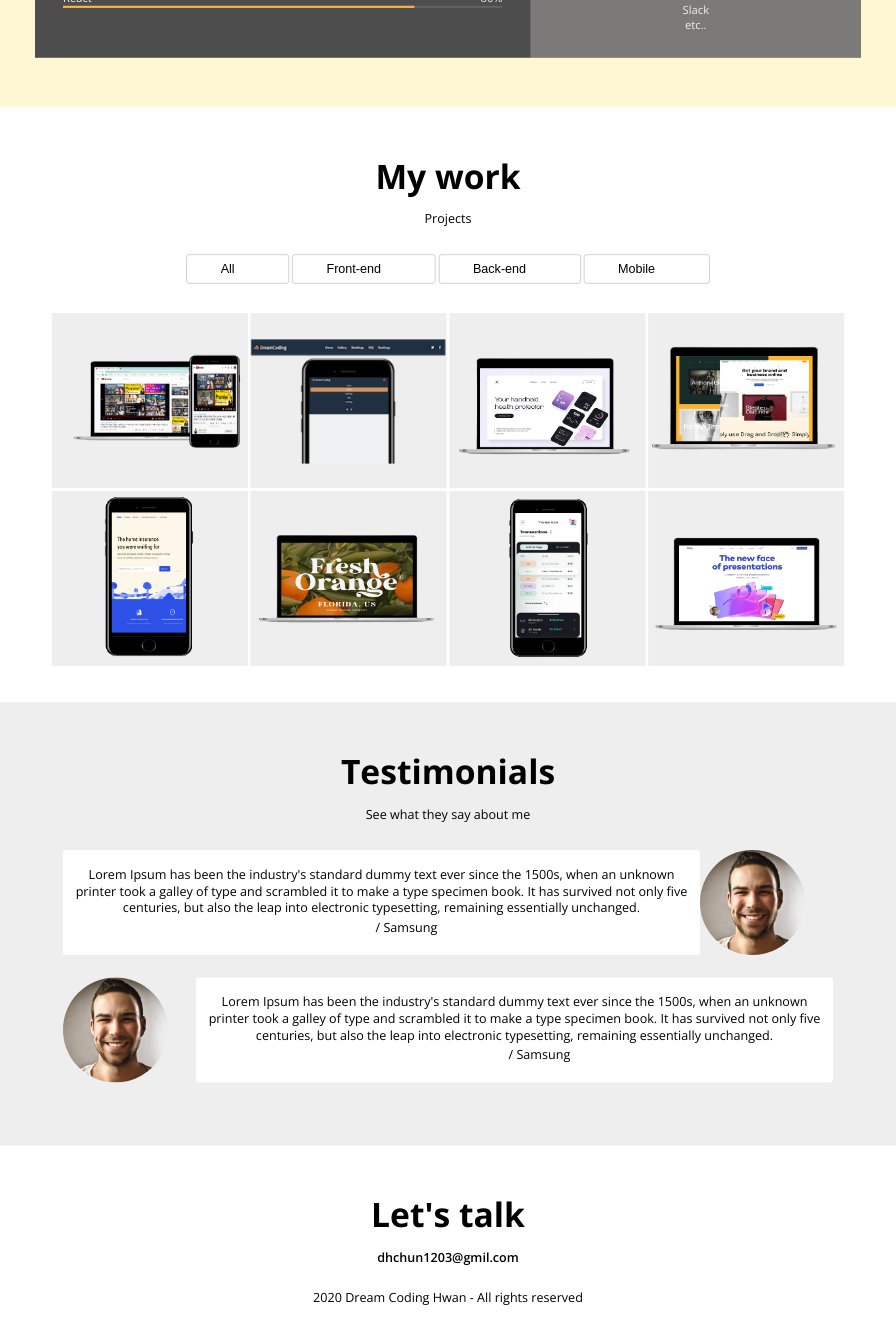
Repository: dhchun1203/Portfolio
Page: index.html
These files come from the project's save history. The page is drawn as it stood at one moment and after the next save; the edit follows.
The browser window is 1280 px wide. The pictures show the part of the page from y = 2095 to 4015 px (the page is 4015 px tall), at 70% of full size.
Some web libraries are served in a nearby version.

Above is the page before, as saved 2020-12-08 17:14:02.

### index.html
<!DOCTYPE html>
<html lang="en">
	<head>
		<meta charset="UTF-8" />
		<meta name="viewport" content="width=device-width, initial-scale=1.0" />
		<title>Hwan's Portfolio</title>
		<meta
			name="description"
			content="portfolio for world-renowned software engineer Hwan"
		/>
		<meta name="author" content="Hwan" />
		<link rel="icon" type="image/png" href="imgs/favicon.png" />
		<script
			src="https://kit.fontawesome.com/8b98a99811.js"
			crossorigin="anonymous"
		></script>
		<link rel="preconnect" href="https://fonts.gstatic.com" />
		<link
			href="https://fonts.googleapis.com/css2?family=Open+Sans:wght@400;600;700&display=swap"
			rel="stylesheet"
		/>
		<link rel="stylesheet" href="style.css" />
		<script src="main.js" defer></script>
	</head>
	<body>
		<!-- Navbar -->
		<nav id="navbar">
			<div class="navbar__logo">
				<i class="fab fa-diaspora"></i>
				<a href="#">Hwan</a>
			</div>
			<div class="navbar__menu">
				<ul class="navbar__menu">
					<li class="navbar__menu__item active">Home</li>
					<li class="navbar__menu__item">About</li>
					<li class="navbar__menu__item">Skills</li>
					<li class="navbar__menu__item">My work</li>
					<li class="navbar__menu__item">Testimonial</li>
					<li class="navbar__menu__item">Contact</li>
				</ul>
			</div>
		</nav>
		<!-- Home -->
		<section id="home">
			<img class="home__avatar" src="imgs/profile.jpg" alt="profile" />

			<h1 class="home__title">Hello, <br />Let me introduce myself!</h1>

			<h2 class="home__description">
				A frontend Developer currently residing in Yongin, South Korea.
			</h2>
			<button class="home__contact">CONTACT ME</button>
		</section>
		<!-- About -->
		<section id="about" class="section section__container">
			<h1>About me</h1>
			<p>
				자기소개 Lorem Ipsum is simply dummy text of the printing and
				typesetting industry. Lorem Ipsum has been the industry's standard dummy
				text ever since the 1500s, when an unknown printer took a galley of type
				and scrambled it to make a type specimen book. It has survived not only
				five centuries, but also the leap into electronic typesetting, remaining
				essentially unchanged. It was popularised in the 1960s with the release
				of Letraset sheets containing Lorem Ipsum passages, and more recently
				with desktop publishing software like Aldus PageMaker including versions
				of Lorem Ipsum.
			</p>
			<div class="about__majors">
				<div class="major">
					<div class="major__icon"><i class="fab fa-html5"></i></div>
					<h2 class="major__title">HTML</h2>
					<div class="major__description">html</div>
				</div>
				<div class="major">
					<div class="major__icon"><i class="fab fa-css3-alt"></i></div>
					<h2 class="major__title">CSS</h2>
					<div class="major__description">css</div>
				</div>
				<div class="major">
					<div class="major__icon"><i class="fab fa-js"></i></div>
					<h2 class="major__title">JavaScript</h2>
					<div class="major__description">javascript</div>
				</div>
			</div>
			<!-- <div class="about__spec">
				<div class="about__spec__item">
					<img src="" alt="HtmlImage" />
					<h3>HTML</h3>
					<p>html</p>
				</div>
				<div class="about__spec__item">
					<img src="" alt="CssImage" />
					<h3>CSS</h3>
					<p>css</p>
				</div>
				<div class="about__spec__item">
					<img src="" alt="JavaScriptImage" />
					<h3>JavaScript</h3>
					<p>javascript</p>
				</div>
			</div> -->
			<div class="about__jobs">
				<div class="job">
					<img
						src="imgs/jobs/nciaedu_logo.png"
						alt="ncia logo"
						class="job__logo"
					/>
					<div class="job__description">
						<p class="job__name">blablalblablablalblablablalblablablalbla</p>
						<p class="job__period">2017-2018</p>
					</div>
				</div>
				<div class="job">
					<img
						src="imgs/jobs/nciaedu_logo.png"
						alt="ncia logo"
						class="job__logo"
					/>
					<div class="job__description">
						<p class="job__name">blablalblablablalblablablalblablablalbla</p>
						<p class="job__period">2017-2018</p>
					</div>
				</div>
			</div>
			<!-- <div class="career">
				<div class="career__item">
					<img class="career__image" src="" alt="career image" />
					<p>what's my career</p>
				</div>
				<div class="career__item">
					<img class="career__image" src="" alt="career image" />
					<p>what's my career</p>
				</div>
			</div> -->
		</section>
		<!-- Skills -->
		<section id="skills" class="section">
			<div class="section__container">
				<h1>Skills</h1>
				<h2>Skills & Attributes</h2>
				<p>
					Experience with all phases of the software life-cycle. Passion for
					learning new technologies. Capable of working within a team enviroment
					and independently. Ability to plan and time schedule, work under
					strict time pressure and adapt quickly when needed.
				</p>
				<div class="skillset">
					<div class="skillset__left">
						<h3 class="skillset__title">Skills</h3>
						<div class="skill">
							<div class="skill__description">
								<span>HTML</span>
								<span>99%</span>
							</div>
							<div class="skill__bar">
								<div class="skill__value" style="width: 99%"></div>
							</div>
						</div>
						<div class="skill">
							<div class="skill__description">
								<span>CSS</span>
								<span>80%</span>
							</div>
							<div class="skill__bar">
								<div class="skill__value" style="width: 80%"></div>
							</div>
						</div>
						<div class="skill">
							<div class="skill__description">
								<span>JavaScript</span>
								<span>90%</span>
							</div>
							<div class="skill__bar">
								<div class="skill__value" style="width: 90%"></div>
							</div>
						</div>
						<div class="skill">
							<div class="skill__description">
								<span>TypeScript</span>
								<span>80%</span>
							</div>
							<div class="skill__bar">
								<div class="skill__value" style="width: 80%"></div>
							</div>
						</div>
						<div class="skill">
							<div class="skill__description">
								<span>React</span>
								<span>80%</span>
							</div>
							<div class="skill__bar">
								<div class="skill__value" style="width: 80%"></div>
							</div>
						</div>
					</div>
					<div class="skillset__right">
						<div class="tools">
							<h3 class="skillset__title">Tools</h3>
							<ul class="tools__list">
								<li><span>Visual Studio Code</span></li>
								<li><span>Eclipse</span></li>
								<li><span>Team Foundation Server</span></li>
								<li><span>etc..</span></li>
								<li><span>etc..</span></li>
							</ul>
						</div>
						<div class="etc">
							<h3 class="skillset__title">Etc</h3>
							<ul class="etc__list">
								<li><span>Git</span></li>
								<li><span>Slack</span></li>
								<li><span>etc..</span></li>
							</ul>
						</div>
					</div>
				</div>
			</div>
		</section>
		<!-- Work -->
		<section id="work" class="section">
			<div class="section__container">
				<h1>My work</h1>
				<h3>Projects</h3>
				<div class="work__categories">
					<button class="category__btn selected" data-filter="*">
						All <span class="category__count">8</span>
					</button>
					<button class="category__btn" data-filter="front-end">
						Front-end <span class="category__count">3</span>
					</button>
					<button class="category__btn" data-filter="back-end">
						Back-end <span class="category__count">3</span>
					</button>
					<button class="category__btn" data-filter="mobile">
						Mobile <span class="category__count">2</span>
					</button>
				</div>
				<div class="work__projects">
					<a
						href="https://github.com/dhchun1203/DreamCoding_youtube-project"
						class="project"
						data-type="front-end"
						target="blank"
					>
						<img
							src="imgs/projects/project1.png"
							alt="youtube project thumbnail"
							class="project__img"
						/>
						<div class="project__description">
							<!--마우스를 올렸을 때 표시될 내용-->
							<h3>Youtube Site</h3>
							<span>Clone coding with HTML and CSS</span>
						</div>
					</a>
					<a
						href="https://github.com/dhchun1203/DreamCoding_youtube-project"
						class="project"
						data-type="front-end"
						target="blank"
					>
						<img
							src="imgs/projects/project2.png"
							alt="youtube project thumbnail"
							class="project__img"
						/>
						<div class="project__description">
							<h3>Project2</h3>
							<span>Fill in your own project</span>
						</div>
					</a>
					<a
						href="https://github.com/dhchun1203/DreamCoding_youtube-project"
						class="project"
						data-type="front-end"
						target="blank"
					>
						<img
							src="imgs/projects/project3.png"
							alt="youtube project thumbnail"
							class="project__img"
						/>
						<div class="project__description">
							<h3>Project3</h3>
							<span>Fill in your own project</span>
						</div>
					</a>
					<a
						href="https://github.com/dhchun1203/DreamCoding_youtube-project"
						class="project"
						data-type="back-end"
						target="blank"
					>
						<img
							src="imgs/projects/project4.png"
							alt="youtube project thumbnail"
							class="project__img"
						/>
						<div class="project__description">
							<h3>Project4</h3>
							<span>Fill in your own project</span>
						</div>
					</a>
					<a
						href="https://github.com/dhchun1203/DreamCoding_youtube-project"
						class="project"
						data-type="back-end"
						target="blank"
					>
						<img
							src="imgs/projects/project5.png"
							alt="youtube project thumbnail"
							class="project__img"
						/>
						<div class="project__description">
							<h3>Project5</h3>
							<span>Fill in your own project</span>
						</div>
					</a>
					<a
						href="https://github.com/dhchun1203/DreamCoding_youtube-project"
						class="project"
						data-type="mobile"
						target="blank"
					>
						<img
							src="imgs/projects/project6.png"
							alt="youtube project thumbnail"
							class="project__img"
						/>
						<div class="project__description">
							<h3>Project6</h3>
							<span>Fill in your own project</span>
						</div>
					</a>
					<a
						href="https://github.com/dhchun1203/DreamCoding_youtube-project"
						class="project"
						data-type="mobile"
						target="blank"
					>
						<img
							src="imgs/projects/project7.png"
							alt="youtube project thumbnail"
							class="project__img"
						/>
						<div class="project__description">
							<h3>Project7</h3>
							<span>Fill in your own project</span>
						</div>
					</a>
					<a
						href="https://github.com/dhchun1203/DreamCoding_youtube-project"
						class="project"
						data-type="mobile"
						target="blank"
					>
						<img
							src="imgs/projects/project8.png"
							alt="youtube project thumbnail"
							class="project__img"
						/>
						<div class="project__description">
							<h3>Project8</h3>
							<span>Fill in your own project</span>
						</div>
					</a>
				</div>
			</div>
		</section>
		<!-- Testimonial -->
		<section id="testimonials" class="section">
			<h1>Testimonials</h1>
			<h3>See what they say about me</h3>
			<div class="testimonials">
				<div class="testimonial">
					<div class="testimonial__speech-bubble">
						<p>
							Lorem Ipsum has been the industry's standard dummy text ever since
							the 1500s, when an unknown printer took a galley of type and
							scrambled it to make a type specimen book. It has survived not
							only five centuries, but also the leap into electronic
							typesetting, remaining essentially unchanged.
						</p>
						<p class="name"><a href="">Sung jin</a> / Samsung</p>
					</div>
					<img
						src="imgs/testimonial/people1.jpg"
						alt="People"
						class="testimonial__avatar"
					/>
				</div>
				<div class="testimonial">
					<img
						src="imgs/testimonial/people1.jpg"
						alt="People"
						class="testimonial__avatar"
					/>
					<div class="testimonial__speech-bubble">
						<p>
							Lorem Ipsum has been the industry's standard dummy text ever since
							the 1500s, when an unknown printer took a galley of type and
							scrambled it to make a type specimen book. It has survived not
							only five centuries, but also the leap into electronic
							typesetting, remaining essentially unchanged.
						</p>
						<p class="name"><a href="">Sung jin</a> / Samsung</p>
					</div>
				</div>
			</div>
		</section>
		<!-- Contact -->
		<section id="contact" class="section">
			<h1 class="contact__title">Let's talk</h1>
			<h2 class="contact__email">dhchun1203@gmil.com</h2>
			<div class="contact__links">
				<a href="https://github.com/dhchun1203">
					<i class="fab fa-github"></i>
				</a>
				<a href="https://www.facebook.com/profile.php?id=100010406657545">
					<i class="fab fa-facebook"></i>
				</a>
			</div>
			<p class="contact__rights">
				2020 Dream Coding Hwan - All rights reserved
			</p>
		</section>
	</body>
</html>

### style.css
/* Global */
:root {
	/* Color */
	--color-white: #ffffff;
	--color-light-white: #eeeeee;
	--color-dark-white: #bdbdbd;
	--color-pink: #fe918d;
	--color-dark-pink: #ff6863;
	--color-dark-grey: #4d4d4d;
	--color-grey: #616161;
	--color-light-grey: #7c7979;
	--color-blue: #73aace;
	--color-yellow: #fff7d1;
	--color-orange: #feb546;
	--color-black: #000000;
	/* Font size */
	--font-large: 48px;
	--font-medium: 28px;
	--font-regular: 18px;
	--font-small: 16px;
	--font-micro: 14px;
	/* Font weight */
	--weight-bold: 700;
	--weight-semi-bold: 600;
	--weight-regular: 400;
	/* Size */
	--size-border-radius: 4px;

	/* Animation */
	--animation-duration: 300ms;
}

/* Universal tags */
* {
	box-sizing: border-box;
}

body {
	margin: 0;
	font-family: "Open Sans", sans-serif;
	cursor: default;
}

a {
	text-decoration: none;
	color: var(--color-white);
}

ul {
	padding-left: 0;
}

li {
	list-style: none;
}

button {
	background-color: transparent;
	cursor: pointer;
	border: none;
	outline: none;
}
/* Typography(header) */
h1 {
	font-size: var(--font-large);
	font-weight: var(--weight-bold);
	color: var(--color-black);
	margin: 16px 0;
}

h2 {
	font-size: var(--font-regular);
	font-weight: var(--weight-semi-bold);
	color: var(--color-black);
	margin: 8px 0;
}

h3 {
	font-size: var(--font-regular);
	font-weight: var(--font-regular);
	color: var(--color-black);
	margin: 8px 0;
}

p {
	font-size: var(--font-regular);
	font-weight: var(--font-regular);
	color: var(--color-black);
	margin: 4px 0;
}
/* Navbar */
#navbar {
	display: flex;
	justify-content: space-between;
	align-items: center;
	background-color: var(--color-pink);
	color: var(--color-white);
	padding: 16px;
}
.navbar__menu {
	display: flex;
}
.navbar__logo {
	font-size: var(--font-medium);
	font-weight: var(--weight-semi-bold);
}
.navbar__menu__item {
	padding: 8px 12px;
	margin: 0 4px;
	cursor: pointer;
	border-radius: var(--size-border-radius);
}
.navbar__menu__item.active {
	border: 1px solid var(--color-white);
	border-radius: var(--size-border-radius);
}
.navbar__menu__item:hover {
	background-color: var(--color-dark-pink);
}
/* Home */
#home {
	background: url("imgs/home-background.png.png") center/cover no-repeat;
	padding: 40px;
	text-align: center;
}
.home__avatar {
	width: 200px;
	height: 250px;
	border-radius: 50%;
	border: 2px solid var(--color-light-white);
}

.home__title,
.home__description {
	color: var(--color-white);
}
.home__contact {
	color: var(--color-white);
	font-size: var(--font-regular);
	font-weight: var(--weight-bold);
	margin: 24px;
	padding: 8px 12px;
	border: 2px solid var(--color-white);
	border-radius: var(--size-border-radius);
}
/* Section common */
.section {
	text-align: center;
	padding: 50px;
	margin: auto;
}

.section__container {
	max-width: 1200px;
	margin: auto;
}
/* About */
.about__majors {
	display: flex;
	justify-content: space-between;
	margin: 80px 0;
}

.major__icon {
	width: 170px;
	height: 170px;
	font-size: 70px;
	line-height: 170px;
	margin: auto;
	border: 1px solid var(--color-blue);
	border-radius: 50%;
	margin-bottom: 16px;
	color: var(--color-blue);
}
.major__icon i {
	transition: all var(--animation-duration) ease;
}
.major__icon:hover i {
	color: var(--color-pink);
	transform: rotate(-30deg) scale(1.1);
	/* transition-duration: 2s; */
}
.major__title,
.major__description {
	color: var(--color-dark-grey);
}

.major__description {
	font-size: var(--font-small);
}

.job {
	display: flex;
	align-items: center;
}

.job__description {
	margin: 0 16px;
	text-align: left;
}

.job__name,
.job__period {
	color: var(--color-light-grey);
}

.job__name {
	font-size: var(--font-small);
}
.job__period {
	font-size: var(--font-micro);
}

/* Skill */

#skills {
	background-color: var(--color-yellow);
}

.skillset {
	color: var(--color-light-white);
	display: flex;
	background-color: var(--color-light-grey);
	margin: 20px 0;
}
.skillset__title {
	color: var(--color-white);
}
.skillset__left {
	flex-basis: 60%;
	background-color: var(--color-dark-grey);
	padding: 20px 40px;
}
.skill {
	margin-bottom: 32px;
}
.skill__description {
	display: flex;
	justify-content: space-between;
}
.skill__bar {
	width: 100%;
	height: 3px;
	background-color: var(--color-grey);
}
.skill__value {
	height: 3px;
	background-color: var(--color-orange);
}
.skillset__right {
	flex-basis: 40%;
}
.tools {
	background-color: var(--color-grey);
}
.tools,
.etc {
	padding: 20px;
}
.etc {
	background-color: var(--color-light-grey);
}
/* Work */

.work__categories {
	margin: 40px;
}

.category__btn {
	border: 1px solid var(--color-dark-white);
	border-radius: var(--size-border-radius);
	font-size: var(--font-regular);
	padding: 8px 48px;
}

.category__btn.active,
.category__btn:hover {
	background-color: var(--color-pink);
	color: var(--color-white);
}

.category__btn.active .category__count,
.category__btn:hover .category__count {
	opacity: 1;
	top: 0;
}

.category__count {
	background-color: var(--color-orange);
	border-radius: 50%;
	color: var(--color-white);
	width: 24px;
	height: 24px;
	line-height: 24px;
	display: inline-block;
	position: relative;
	top: -20px;
	left: 4px;
	opacity: 0;
	transition: all var(--animation-duration) ease-in;
}

.work__projects {
	display: flex;
	flex-wrap: wrap;
	justify-content: center;
}

.project {
	position: relative;
	display: flex;
	justify-content: center;
	align-items: center;
	width: 280px;
	height: 250px;
	margin: 2px;
	background-color: var(--color-light-white);
}

.project__img {
	max-width: 100%;
	max-height: 100%;
	align-self: center;
}

.project__description {
	position: absolute;
	background-color: black;
	display: flex;
	flex-direction: column;
	justify-content: center;
	width: 100%;
	height: 100%;
	top: 0;
	left: 0;
	opacity: 0;
	transform: translateY(10px);
	transition: all var(--animation-duration) ease-in;
}

.project:hover .project__description {
	opacity: 0.8;
	transform: translateY(0px);
}

.project__description h3 {
	color: var(--color-white);
}

.project__description h3:after {
	content: "";
	display: block;
	position: relative;
	left: 50%;
	width: 25px;
	height: 2px;
	margin-left: -12px;
	margin-top: 8px;
	background-color: var(--color-dark-white);
}

/* Testimonial */
#testimonials {
	background-color: var(--color-light-white);
}
.testimonials {
	margin: 40px;
}
.testimonial {
	display: flex;
	margin: 32px 0;
}
.testimonial__avatar {
	width: 150px;
	height: 150px;
	border-radius: 50%;
}

.testimonial__avatar:nth-child(odd) {
	margin-right: 40px;
}
.testimonial__avatar:nth-child(even) {
	margin-right: 40px;
}
.testimonial__speech-bubble {
	padding: 18px;
	background-color: var(--color-white);
	border-radius: var(--size-border-radius);
}

Loaded but not shown: main.js (no copy from this time; the picture is the same without it)

After the next save:
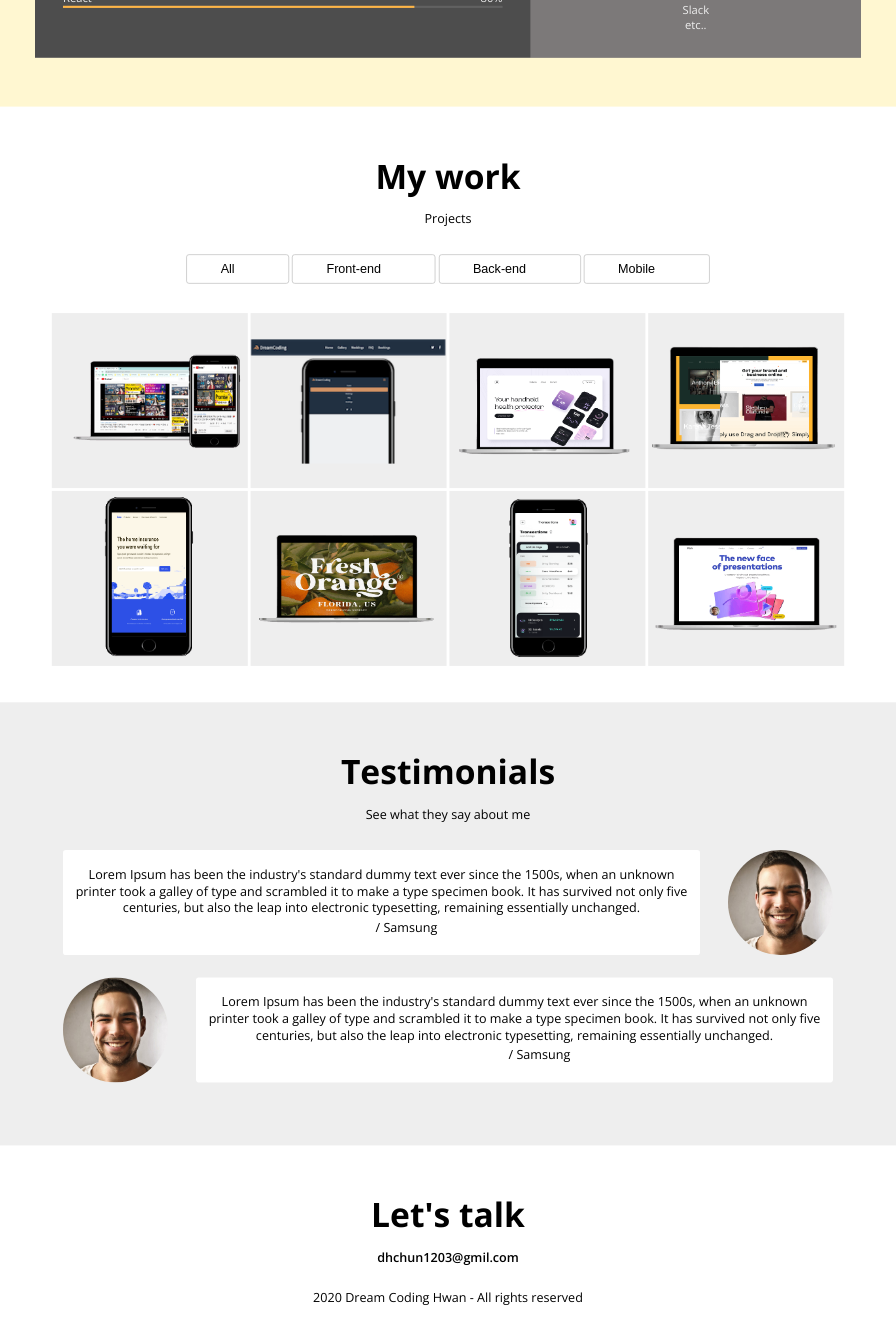
Saved 10 s later.
--- a/style.css
+++ b/style.css
@@ -380,7 +380,7 @@
 	margin-right: 40px;
 }
 .testimonial__avatar:nth-child(even) {
-	margin-right: 40px;
+	margin-left: 40px;
 }
 .testimonial__speech-bubble {
 	padding: 18px;
